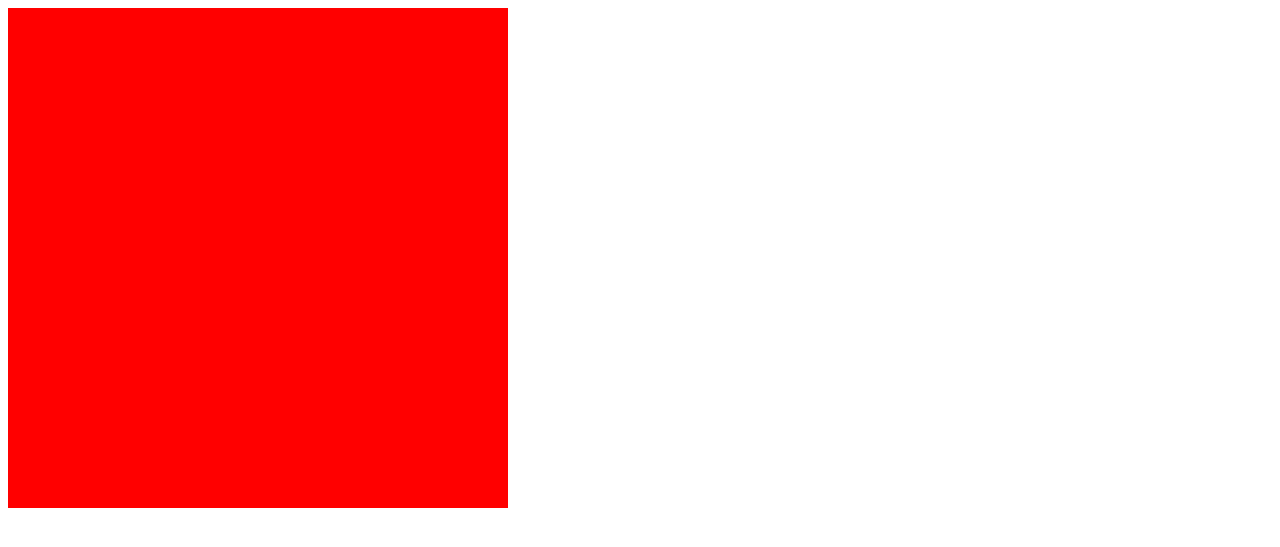
Repository: elourenco001/cursoweb
Page: css/linkcss.html
An editor plug-in stored every save of this project. The page is shown before and after the next save, followed by the edit.
The browser window is 1280 px wide. The pictures show the whole page.

Above is the page before, as saved 2023-01-26 16:43:21.

### css/linkcss.html
<!DOCTYPE html>
<html lang="pt_br">
    <head>
        <meta charset="UTF-8">
        <meta http-equiv="X-UA-Compatible" content="Google Chrome">
        <meta name="viewport" content="width-device-width, initial-scaled=1.0">
    <title>Profissão Programador</title>

    <link rel="stylesheet" href="./styles.css"/>
</head>
<body>
    <div class="pai">
        <div class="filho">

        </div>
    </div>
</body>

</html>

### css/styles.css
.pai {
    width: 500px;
    height: 500px;
    background-color: red;

}

After the next save:
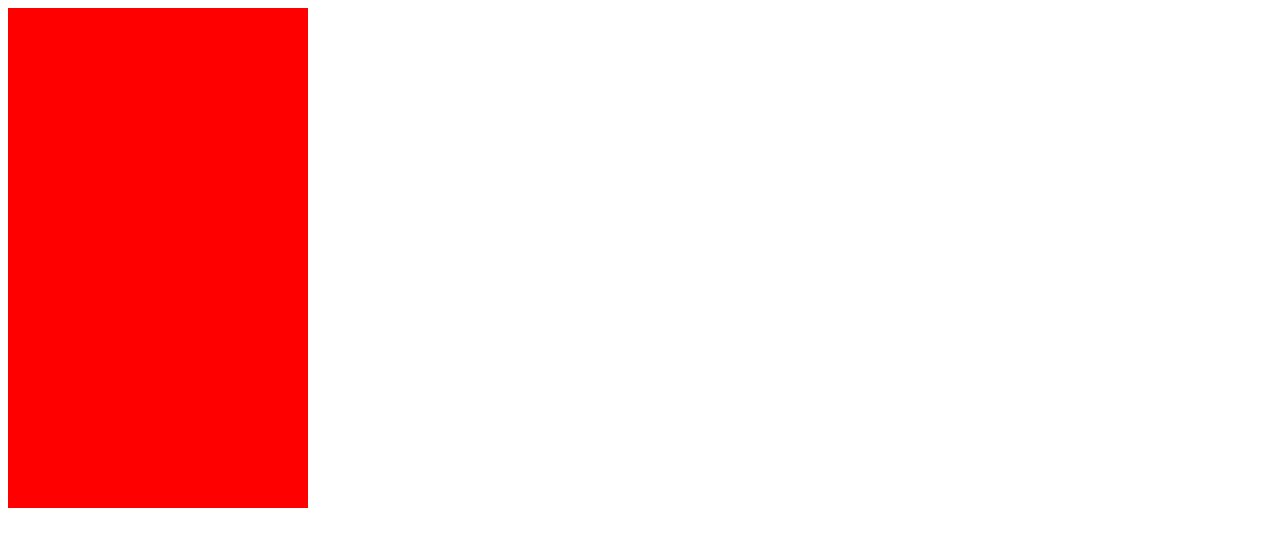
Saved 30 min 37 s later.
--- a/css/styles.css
+++ b/css/styles.css
@@ -1,5 +1,5 @@
 .pai {
-    width: 500px;
+    width: 300px; /**/
     height: 500px;
     background-color: red;
 
